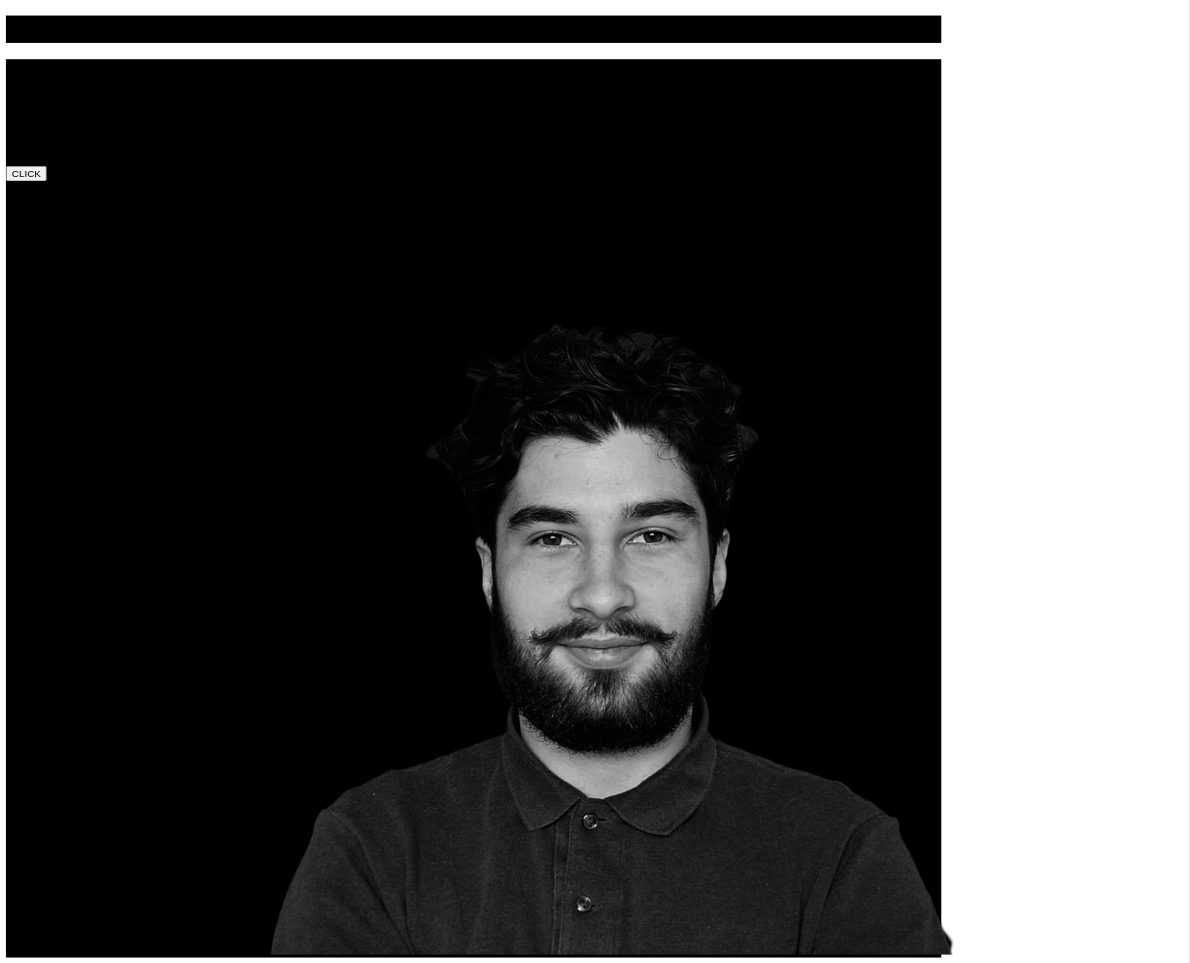
Repository: romgrm/portfolioRomgrm
Page: /
The author's editor kept a copy of each file at every save. The page is drawn from the files as they stood at one save, then again after a run of saves.
The browser window is 1280 px wide. The page is 1608 px wide, so the pictures cover 1608 px, including what lies to the right of the window. The pictures show the whole page, at 74% of full size.
The project was rebuilt for these pictures with package versions that can differ from the ones it lists, and the page was loaded fresh each time. A package was used in the major version that the imports need, not the one package.json lists. Also part of the build but not shown: src/components/About.js, src/components/Work.js, src/Styles/main.css.

Above is the page before, as saved 2020-12-16 20:09:00.

### src/index.js
import React from 'react';
import ReactDOM from 'react-dom';
import App from './App';
import './styles/main.css';
import reportWebVitals from './tests & pwa/reportWebVitals';

ReactDOM.render(
  <React.StrictMode>
    <App />
  </React.StrictMode>,
  document.getElementById('root')
);

// If you want to start measuring performance in your app, pass a function
// to log results (for example: reportWebVitals(console.log))
// or send to an analytics endpoint. Learn more: https://bit.ly/CRA-vitals
reportWebVitals();

### src/App.js
import Navigation from './components/Navigation'
import About from './components/About'
import Body from './components/Body'
import Work from './components/Work'
import { HashRouter as Router, Route, Switch } from 'react-router-dom'

function App() {
  return (
    <>
      <Router>
        <Navigation />

        <Switch>
          <Route path="/work">
            <Work />
          </Route>
          <Route path="/about">
            <About />
          </Route>
          <Route path="/">
            <Body />
          </Route>
        </Switch>
      </Router>
    </>
  );
}

export default App;

### src/components/Navigation.js
import React from 'react'
import content from '../content/index'
import {Link} from 'react-router-dom'

export default function Navigation() {
    return (
        <div style={{
            background: '#000'
        }}>
            <div className="flex items-center justify-between w-10/12 mx-auto py-3 text-white">
                <h1 className="text-2xl">{content.nav.logo} </h1>
                <div className="flex mr-3">
                    {content.nav.links.map((link, index) => {
                        return (
                            <Link key={index} className="nav-link mr-2">
                                {link.text}
                            </Link>
                        );
                    })}
                </div>
            </div>
        </div>
    )
}

### src/components/Body.js
import React from 'react'
import content from '../content/index'
import Typical from 'react-typical'
import {Link} from 'react-router-dom'
export default function Body() {
    return (
        <div
            className="min-h-screen flex items-center justify-center"
            style={{
                background: '#000'
            }}>
            <div className="ml-5 text-white">
                <h3 className="text-9xl">{content.header.text[0]}<br />
                    {content.header.text[1]}<br />
                </h3>
                <h3 className="text-2xl">
                    {content.header.text[2]}
                    <Typical
                        steps={content.header.typical}
                        loop={Infinity}
                        className="inline-block"
                    />
                </h3>
                <Link className="nav-link" to="/work">

                <button>CLICK</button>
                </Link>
            </div>
            <div className="justify-end">
                <img src={content.header.img}></img>
            </div>

        </div>
    )
}

### src/content/index.js
export default {
  nav: {
    logo: 'Hello',
    links: ['Work', 'About', 'Contact'
      // { text: 'Work', to: '/work' },
      // { text: 'About', to: '/about' },
      // { text: 'Contact', to: 'mycontact' },
    ],
  },
  header: {
    img: process.env.PUBLIC_URL + '/photo_sansFond.png',
    alt: 'moi',
    text: ['Hello', "Romain", 'Je suis '],
    typical: [
      'Developper Fullstack 🖥',
      1000,
      'Passionné ❤️',
      1000,
      'Disponible 👨‍💻',
      1000,
    ],
    btnText: 'Discover More',
  },

  stack: {
    title: 'Stack',
    tech: [
      {
        img: process.env.PUBLIC_URL + '/assets/mongo.png',
        alt: 'mongodb',
      },
      {
        img: process.env.PUBLIC_URL + '/logo512.png',
        alt: 'react',
      },
      {
        img: process.env.PUBLIC_URL + '/assets/express.png',
        alt: 'express',
      },
      {
        img: process.env.PUBLIC_URL + '/assets/node.png',
        alt: 'node',
      },
    ],
    desc: `Lorem Ipsum is simply dummy text of the printing and typesetting industry. Lorem Ipsum has been the industry's standard dummy text ever since the 1500s, when an unknown printer took a galley of type and scrambled it to make a type specimen book. It has survived not only`,
  },
};

Loaded but not shown: public/index.html (common file); src/tests & pwa/reportWebVitals.js (common file)

After the next 10 saves:
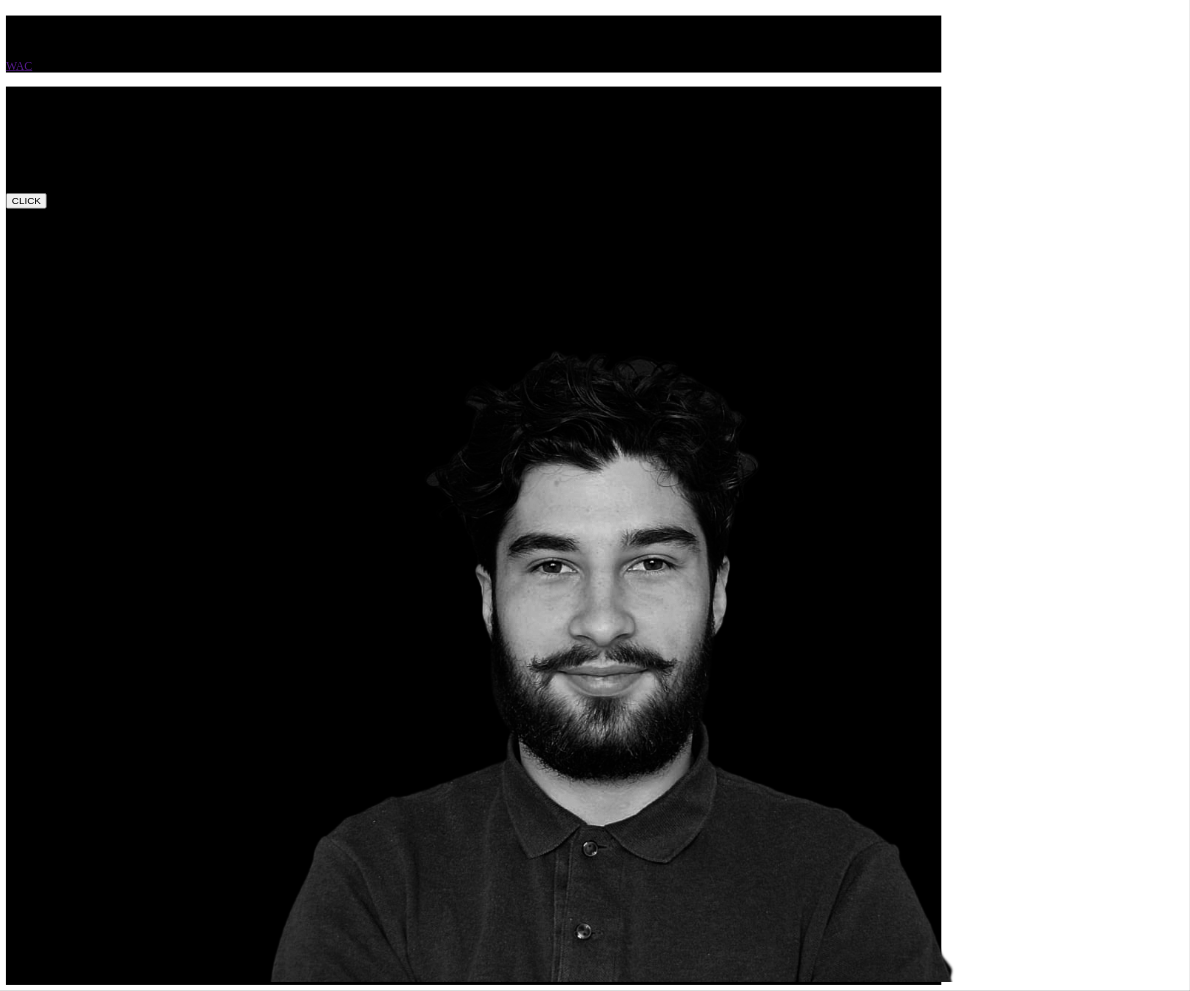
The 10 saves are shown as one change because 5 did not build or start and some came seconds apart.
The last was saved 2 min 55 s later.
--- a/src/components/Navigation.js
+++ b/src/components/Navigation.js
@@ -13,7 +13,7 @@ export default function Navigation() {
                     {content.nav.links.map((link, index) => {
                         return (
                             <Link key={index} className="nav-link mr-2">
-                                {link.text}
+                                {link[0]}
                             </Link>
                         );
                     })}
